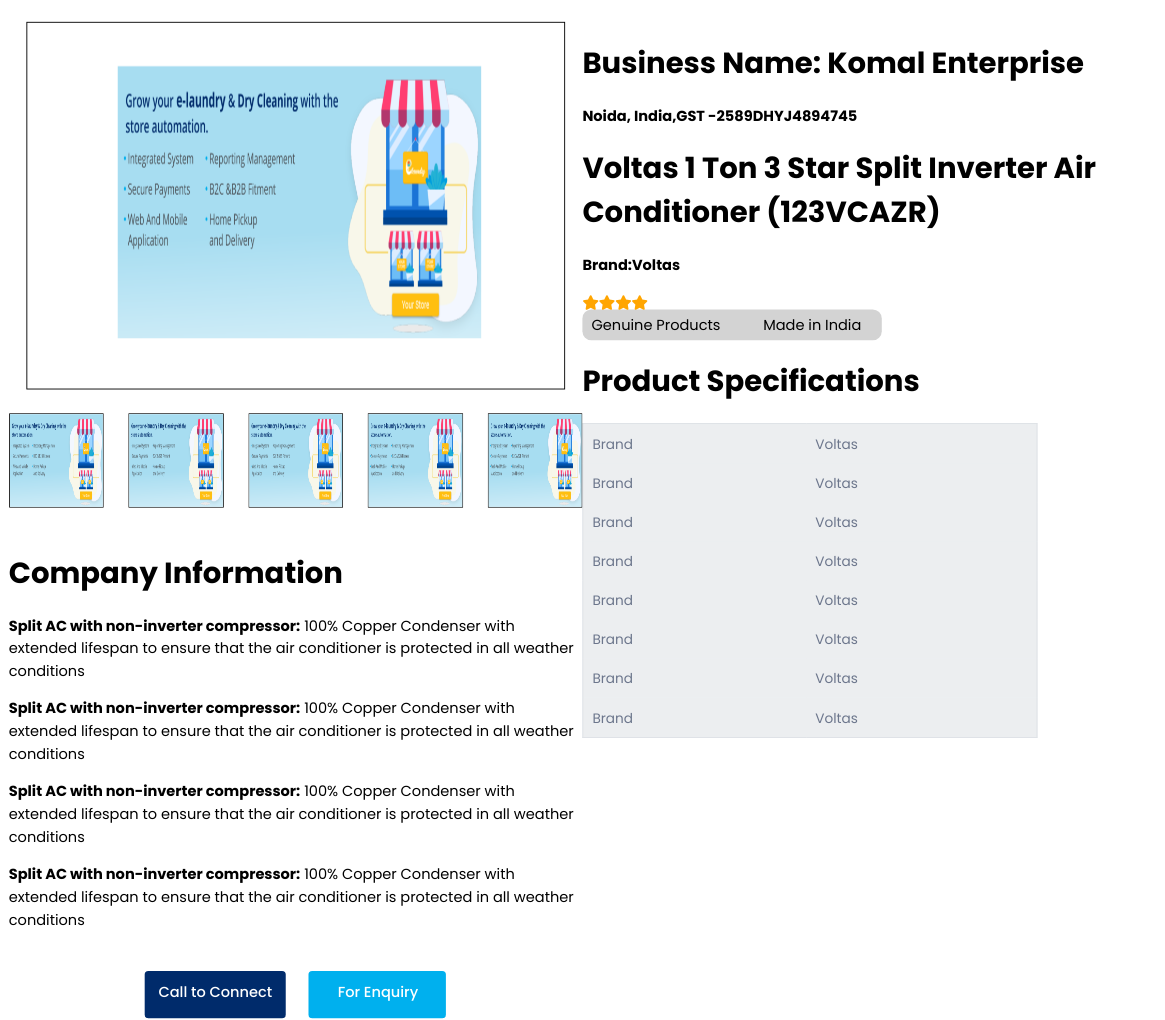
Repository: anamikatomar21/omramartnew
Page: /newproductpage
An editor plug-in stored every save of this project. The page is shown before and after the next save, followed by the edit.
The browser window is 1280 px wide. The pictures show the whole page, at 91% of full size.
The project was rebuilt for these pictures with package versions that can differ from the ones it lists, and the page was loaded fresh each time. Some packages were replaced by stand-ins written for this rebuild. The framework's server and built-in components were replaced by stand-ins that run in the browser. Also part of the build but not shown: next.config.js.

Above is the page before, as saved 2022-07-16 23:55:04.

After the next save:
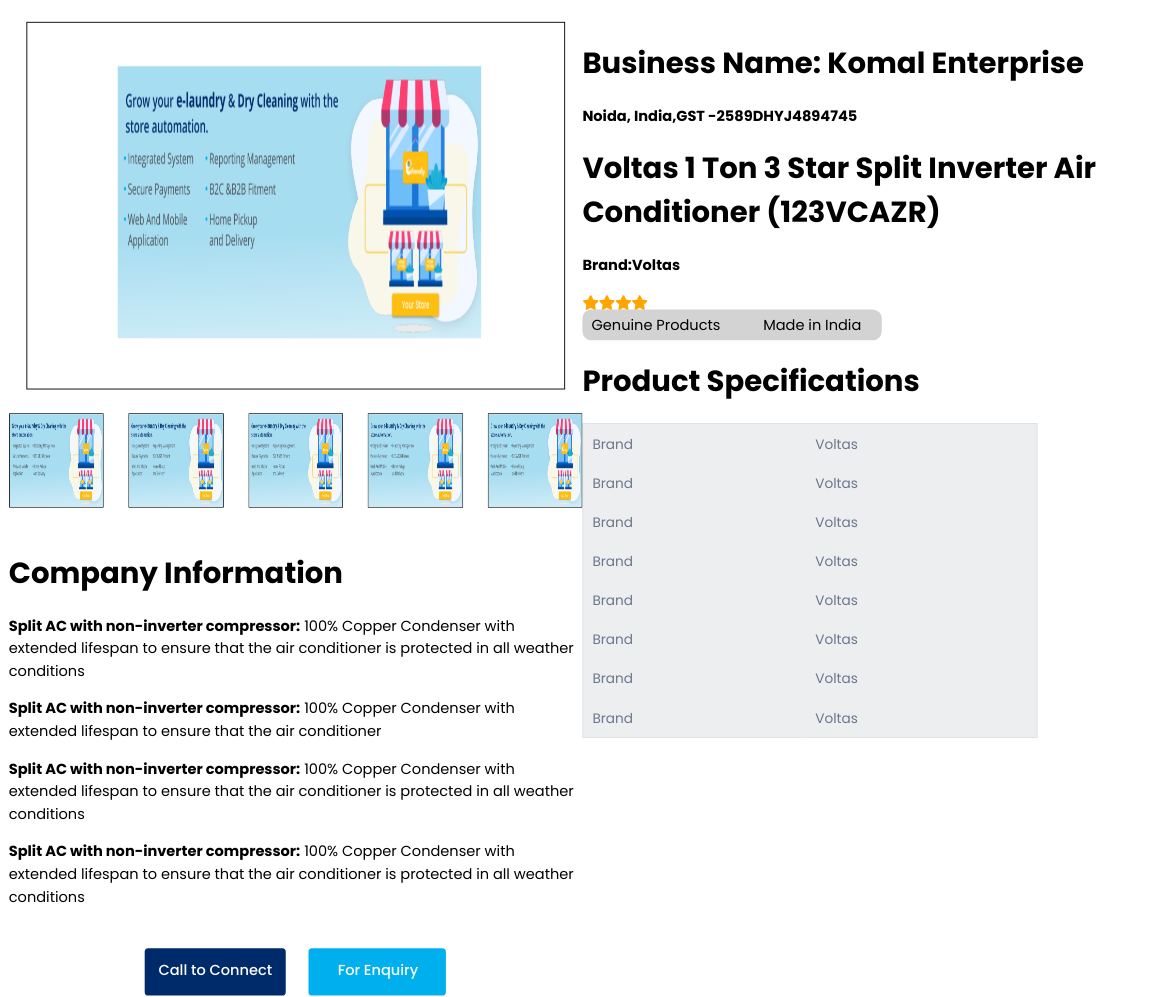
Saved 29 s later.
--- a/pages/newproductpage.tsx
+++ b/pages/newproductpage.tsx
@@ -65,8 +65,7 @@
           </p>
           <p>
             <b>Split AC with non-inverter compressor:</b> 100% Copper Condenser
-            with extended lifespan to ensure that the air conditioner is
-            protected in all weather conditions
+            with extended lifespan to ensure that the air conditioner
           </p>
           <p>
             <b>Split AC with non-inverter compressor:</b> 100% Copper Condenser
